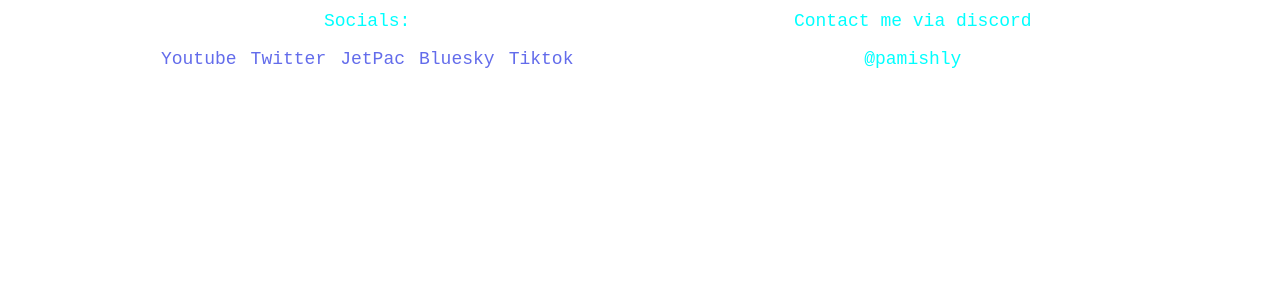
Repository: Pamishly/resources
Page: footer.html
The author's editor kept a copy of each file at every save. The page is drawn from the files as they stood at one save, then again after the next save.
The browser window is 1280 px wide. The pictures show the whole page.

Above is the page before, as saved 2025-01-26 01:25:09.

### footer.html
<div id = "container">
<div id = "social">
<p>Socials:</p>
<a>Youtube</a>
<a>Twitter</a>
<a>JetPac</a>
<a>Bluesky</a>
<a>Tiktok</a>
</div>
<div id = contact>
    <p>Contact me via discord</p>
    <p>@pamishly</p>
</div>
</div>

<style>
    p, a{
        color: cyan;
        font-family: monospace;
        font-size: 18px;
        text-align: center;
    }
    a {
        padding-left: 5px;
        padding-right: 5px;
        color: #636ceb;
    }
    #container {
        display: flex;
        justify-content: center;
        gap: 40px;
        height: 30%;
        margin-top: -15px;
    }
    #contact {
        width: 40%;
        justify-items: center;
    }
    #social {
        width: 40%;
        justify-items: center;
    }
</style>

After the next save:
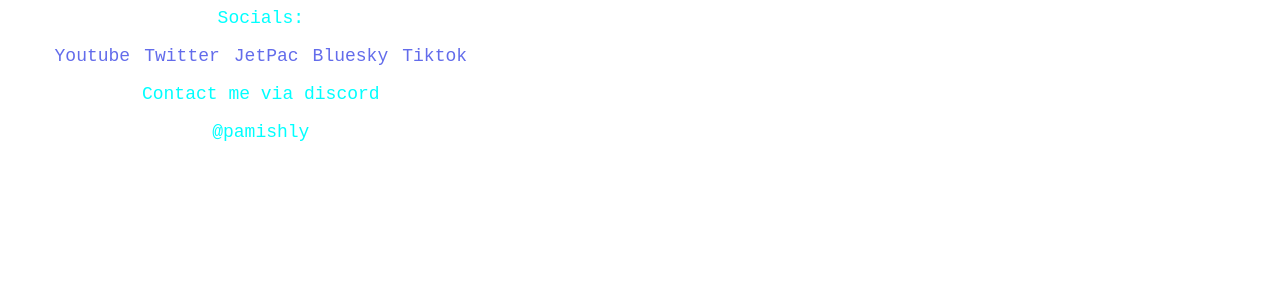
Saved 21 s later.
--- a/footer.html
+++ b/footer.html
@@ -25,6 +25,9 @@
         padding-right: 5px;
         color: #636ceb;
     }
+    a:hover (
+        color: white;
+    )
     #container {
         display: flex;
         justify-content: center;

After the save that followed:
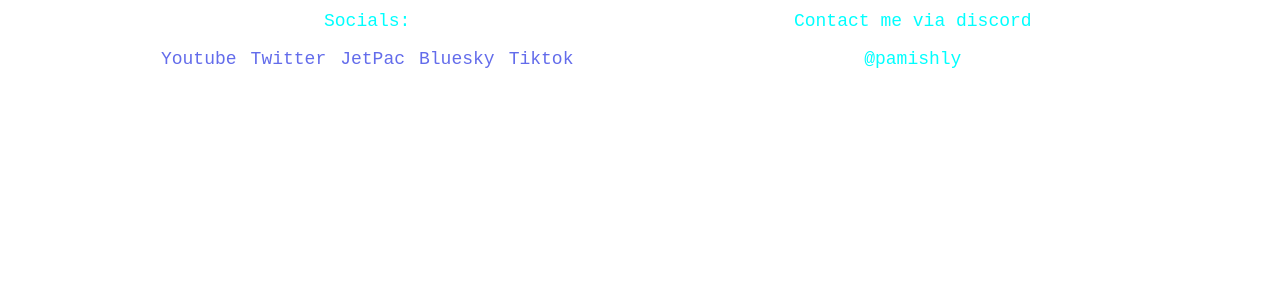
Saved 16 s later.
--- a/footer.html
+++ b/footer.html
@@ -25,9 +25,9 @@
         padding-right: 5px;
         color: #636ceb;
     }
-    a:hover (
+    a:hover {
         color: white;
-    )
+    }
     #container {
         display: flex;
         justify-content: center;
